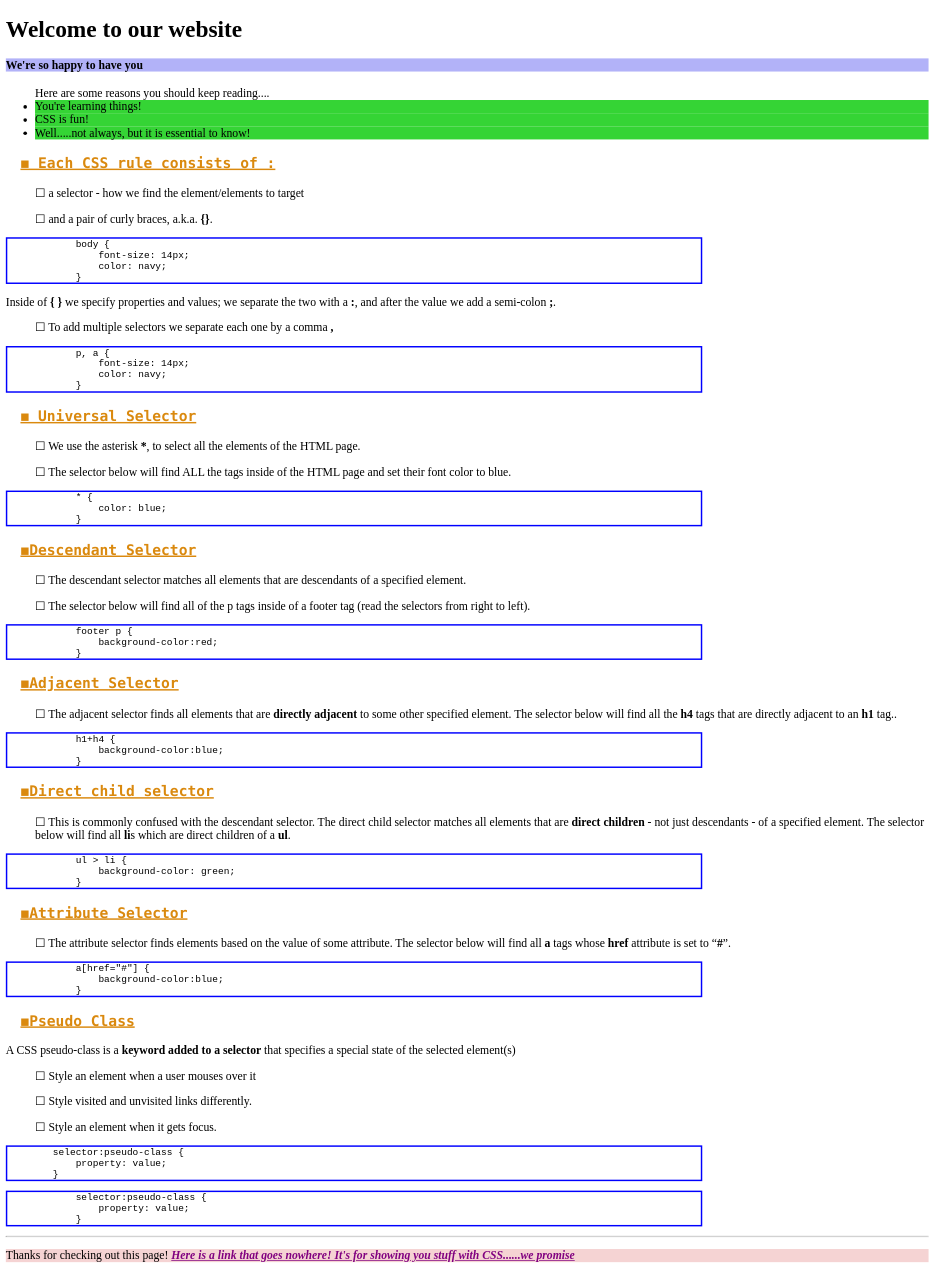
Repository: AnnaSpirit/Tests__
Page: CSS/Useful_Selectors.html
These files come from the project's save history. The page is drawn as it stood at one moment and after the next save; the edit follows.
The browser window is 1280 px wide. The pictures show the whole page, at 73% of full size.

Above is the page before, as saved 2024-04-01 18:02:00.

After the next save:
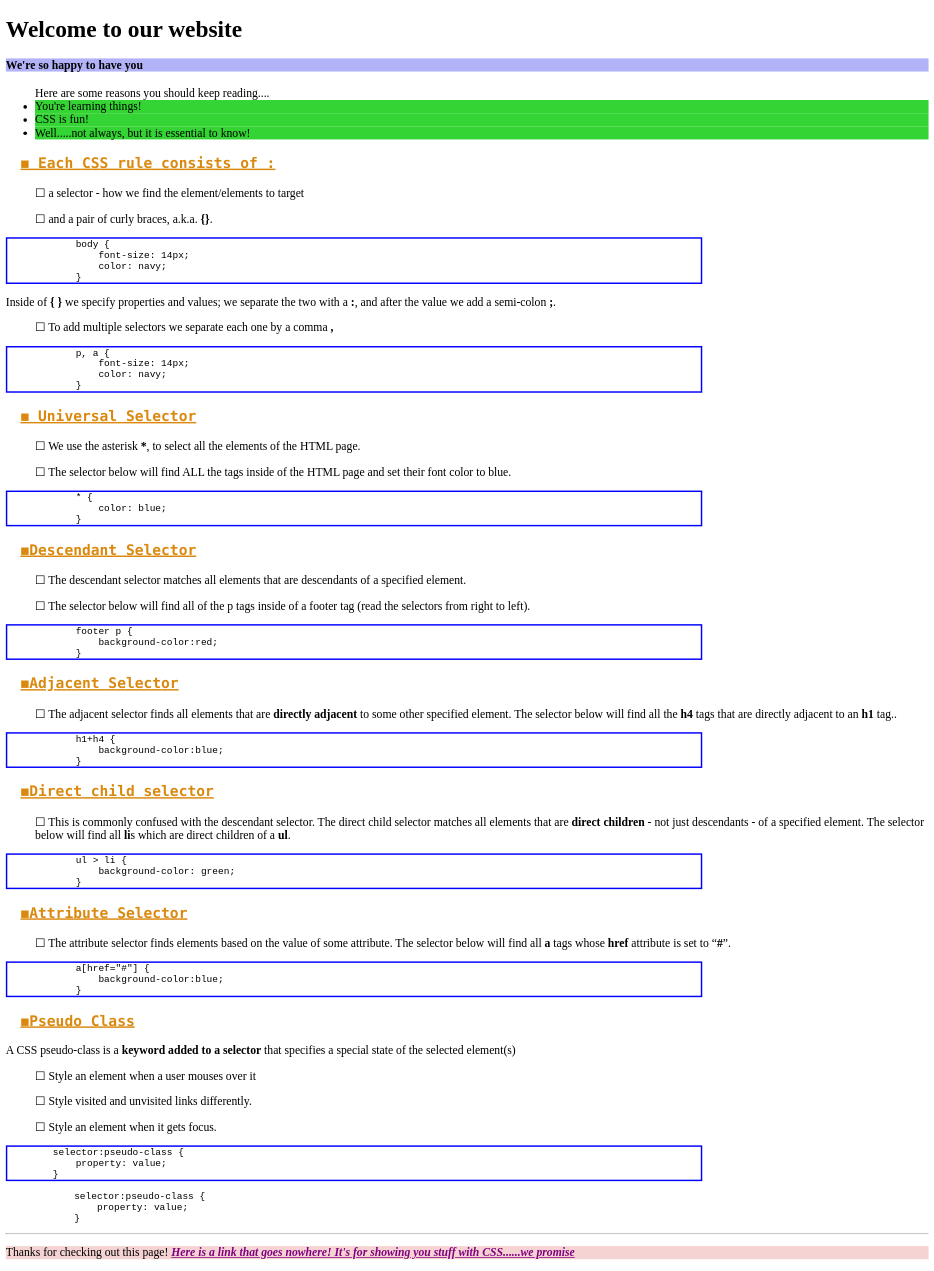
Saved 8 s later.
--- a/CSS/Useful_Selectors.html
+++ b/CSS/Useful_Selectors.html
@@ -96,7 +96,7 @@
         }</pre>
     </span>
     <span>
-        <pre style="border: 2px solid blue; margin-right: 310px">
+        <pre style="border: 2px solid bgreelue; margin-right: 310px">
             selector:pseudo-class {
                 property: value;
             }</pre>
